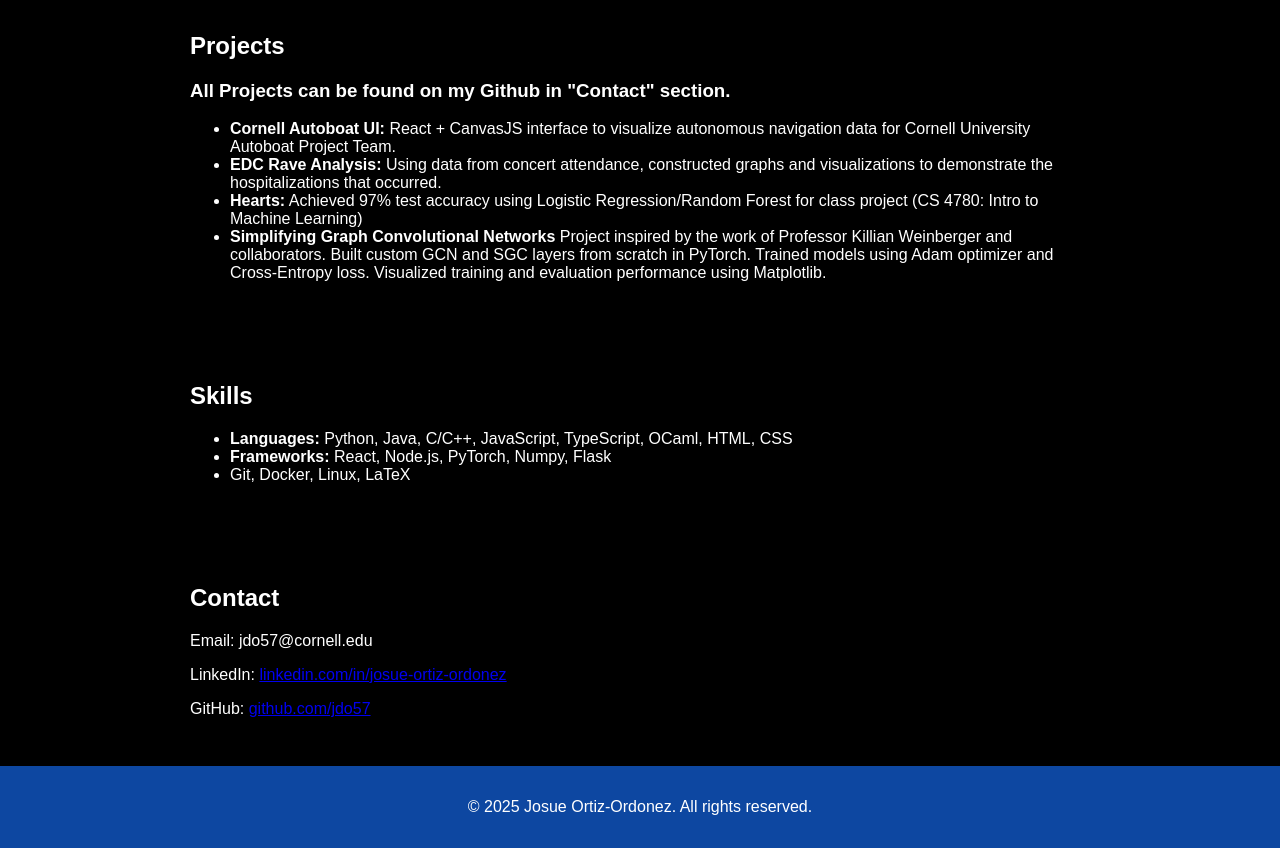
Repository: jdo57/Website
Page: index.html
An editor plug-in stored every save of this project. The page is shown before and after the next save, followed by the edit.
The browser window is 1280 px wide. The pictures show the part of the page from y = 1281 to 2129 px (the page is 2129 px tall).
A picture or video elsewhere on the page could not be fetched, so the positions and the page height are approximate.

Above is the page before, as saved 2025-05-26 17:47:15.

After the next save:
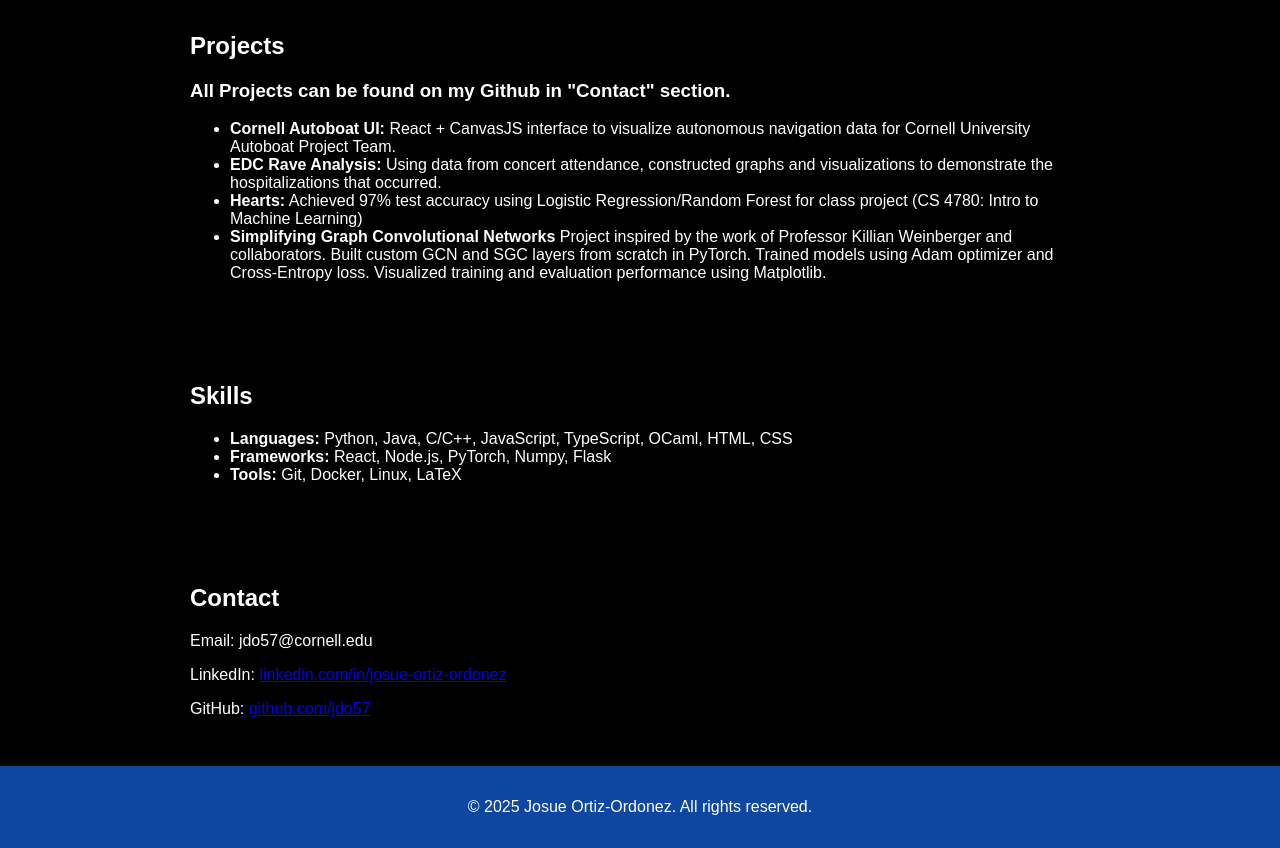
Saved 4 s later.
--- a/index.html
+++ b/index.html
@@ -128,7 +128,7 @@
     <ul>
       <li><strong> Languages:</strong> Python, Java, C/C++, JavaScript, TypeScript, OCaml, HTML, CSS </li>
       <li><strong>Frameworks:</strong> React, Node.js, PyTorch, Numpy, Flask</li>
-      <li><strong></strong> Git, Docker, Linux, LaTeX</li>
+      <li><strong>Tools:</strong> Git, Docker, Linux, LaTeX</li>
     </ul>
   </section>
 
